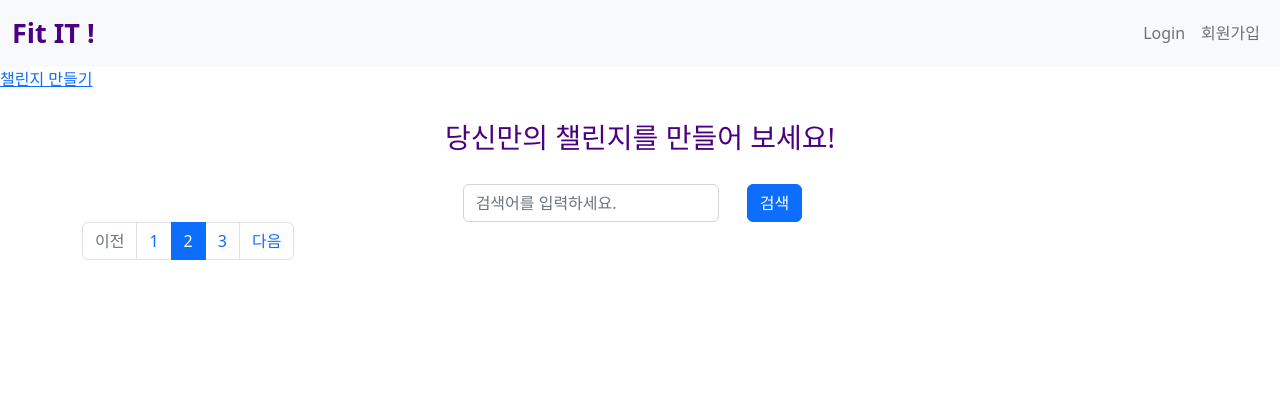
Repository: 4everGirls/Fit-IT-FRONT
Page: /makeChallenge (app in FrontEnd/fit-it/)
An editor plug-in stored every save of this project. The page is shown before and after a run of saves, followed by the edit.
The browser window is 1280 px wide. The pictures show the whole page.
The project was rebuilt for these pictures with package versions that can differ from the ones it lists, and the page was loaded fresh each time. Also part of the build but not shown: FrontEnd/fit-it/vue.config.js, FrontEnd/fit-it/src/views/HomeView.vue, FrontEnd/fit-it/src/components/user/RegistUser.vue, FrontEnd/fit-it/src/components/user/LoginUser.vue.

Above is the page before, as saved 2022-11-20 12:39:32.

### FrontEnd/fit-it/public/index.html
<!DOCTYPE html>
<html lang="">
  <head>
    <meta charset="utf-8" />
    <meta http-equiv="X-UA-Compatible" content="IE=edge" />
    <meta name="viewport" content="width=device-width,initial-scale=1.0" />
    <link rel="icon" href="<%= BASE_URL %>favicon.ico" />
    <link
      href="https://cdn.jsdelivr.net/npm/bootstrap@5.2.2/dist/css/bootstrap.min.css"
      rel="stylesheet"
      integrity="sha384-Zenh87qX5JnK2Jl0vWa8Ck2rdkQ2Bzep5IDxbcnCeuOxjzrPF/et3URy9Bv1WTRi"
      crossorigin="anonymous"
    />
    <script
      src="https://cdn.jsdelivr.net/npm/bootstrap@5.2.2/dist/js/bootstrap.bundle.min.js"
      integrity="sha384-OERcA2EqjJCMA+/3y+gxIOqMEjwtxJY7qPCqsdltbNJuaOe923+mo//f6V8Qbsw3"
      crossorigin="anonymous"
    ></script>
    <title><%= htmlWebpackPlugin.options.title %></title>
  </head>
  <body>
    <noscript>
      <strong
        >We're sorry but <%= htmlWebpackPlugin.options.title %> doesn't work
        properly without JavaScript enabled. Please enable it to
        continue.</strong
      >
    </noscript>
    <div id="app"></div>
    <!-- built files will be auto injected -->
  </body>
</html>

### FrontEnd/fit-it/src/App.vue
<template>
  <div id="app">
    <header-nav/>

    <router-link to="/makeChallenge">챌린지 만들기</router-link>
    <router-view />

  </div>
</template>

<script>
import HeaderNav from "@/components/common/HeaderNav.vue";

export default {
  name: "App",
  components: {
    HeaderNav,
  }
}
</script>

<style>
* {
  margin: 0;
  padding: 0;
  box-sizing: border-box;
  list-style: none;
}

.text-center {
  text-align: center;
}

</style>

### FrontEnd/fit-it/src/router/index.js
import Vue from "vue";
import VueRouter from "vue-router";
import HomeView from "../views/HomeView.vue";
import RegistUser from "@/components/user/RegistUser.vue";
import LoginUser from "@/components/user/LoginUser.vue";
import MakeChallenge from "@/views/MakeChallengeView.vue";

Vue.use(VueRouter);

const routes = [
  {
    path: "/",
    name: "home",
    component: HomeView,
  },
  {
    path: "/login",
    name: "login",
    component: LoginUser,
  },
  {
    path: "/regist",
    name: "regist",
    component: RegistUser,
  },
  {
    path: "/makeChallenge",
    name: "makeChallenge",
    component: MakeChallenge,
  },
];

const router = new VueRouter({
  mode: "history",
  base: process.env.BASE_URL,
  routes,
});

export default router;

### FrontEnd/fit-it/src/store/index.js
import Vue from 'vue'
import Vuex from 'vuex'
import axios from 'axios';
import router from "@/router";
import createPersistedState from "vuex-persistedstate";

Vue.use(Vuex)

const REST_API = `http://localhost:9999`;

export default new Vuex.Store({
  plugins: [createPersistedState()],
  state: {
    loginUser: null,
    videos: [],
    video: null,
  },
  getters: {
  },
  mutations: {
    LOGIN_USER(state, user) {
      state.loginUser = user;
    },
    SEARCH_VIDEO(state, videos) {
      state.videos = videos
    },
  },
  actions: {
    loginUser({ commit }, user) {
      console.log(user);
      const API_URL = `${REST_API}/userApi/login`;
      axios({
        url: API_URL,
        method: "POST",
        data: user,
      })
      .then((res) => {
        if (res.data.message === "success") {
          commit("LOGIN_USER", user);
          sessionStorage.setItem("access-token", res.data["access-token"]);
          router.push({ name: "home" });
        } else {
          alert("로그인에 실패하였습니다.");
        }
      })
      .catch((err) => {
        console.log(err);
      });
    },
    createUser({ commit }, user) {
      const API_URL = `${REST_API}/userApi/signup`;

      axios({
        url: API_URL,
        method: "POST",
        data: user,
      })
      .then((res) => {
        commit;
        res;
        alert("회원 가입이 완료 되었습니다.");
        router.push("/login");
      })
      .catch((err) => {
        console.log(err);
      });
    },
    searchVideo({commit}, keyword) {
      const YOUTUBE_KEY = process.env.VUE_APP_YOUTUBE_API_KEY;
      const API_URL = `https://www.googleapis.com/youtube/v3/search`;
      console.log(keyword);
      axios({
        url: API_URL,
        // method: "GET",
        params: {
          key: YOUTUBE_KEY,
          part: 'snippet',
          q: keyword,
          type: 'video',
          maxResults: 4,
        }
      })
        .then((res) => {
          console.log(res.data.items);
          commit("SEARCH_VIDEO", res.data.items)
        })
        .catch((err) => console.log(err));
    },
  },
  modules: {
  }
})

### FrontEnd/fit-it/src/components/common/HeaderNav.vue
<template>
    <header>
    <!-- 로그인 전 (login, )-->
    <!-- Nav Bar 오른쪽 정렬 -->
    <nav class="navbar navbar-expand-sm bg-light navbar-light">
        <div class="container-fluid">
            <router-link to="/" class="navbar-brand nav-link">Fit IT !</router-link>
            <div class="collapse navbar-collapse justify-content-end" id="collapsibleNavbar">
                <ul class="navbar-nav">
                <li class="nav-item">
                    <router-link to="/login" class="nav-link">Login</router-link>
                </li>
                <li class="nav-item">
                    <router-link to="/regist" class="nav-link">회원가입</router-link>
                </li>
                </ul>
            </div>
        </div>
    </nav>
    </header>
</template>

<script>
export default {
name: "HeaderNav",
};
</script>

<style>
.navbar-brand {
color: indigo;
font-weight: 750;
font-size: 27px;
}
</style>

### FrontEnd/fit-it/src/views/MakeChallengeView.vue
<template>
  <div class="container">
    <!--search-container-->
    <div class="row">
        <search-video></search-video>
        <search-result></search-result>
    </div>
    <!--result form-->
    <div></div>
  </div>
</template>

<script>
import SearchVideo from '@/components/challenge/MakeChallenge/SearchVideo.vue';
import SearchResult from '@/components/challenge/MakeChallenge/SearchResult.vue';

export default {
    name: "MakeChallenge",
    components: {
        SearchVideo,
        SearchResult,
    }
}
</script>

<style>

</style>

### FrontEnd/fit-it/src/components/challenge/MakeChallenge/SearchVideo.vue
<template>
  <div class="container">
    <div class="flex-container">
      <div class="flex-item">
        <h3 class="title">당신만의 챌린지를 만들어 보세요!</h3>
      </div>
      <div class="flex-item">
        <div class="row">
          <div class="col-3"></div>
          <div class="col">
            <form class="d-flex col" role="search">
              <input
                class="form-control me-1"
                type="search"
                placeholder="검색어를 입력하세요."
                aria-label="Search"
                size="60"
                v-on:keydown.enter.prevent="search"
                v-model="keyword"
              />
            </form>
          </div>
          <div class="col">
            <button class="btn btn-primary" type="submit" @click="search">
              검색
            </button>
          </div>
        </div>
      </div>
    </div>
  </div>
</template>

<script>
export default {
  name: "SearchVideo",
  data() {
    return {
      keyword: "",
    };
  },
  methods: {
    search() {
      if (this.keyword !== "") {
        let value = this.keyword && this.keyword.trim();
        this.$store.dispatch("searchVideo", value);
        this.clearInput();
      } else {
        alert("검색어를 입력하세요.");
      }
    },
    clearInput() {
      this.keyword = "";
    },
  },
};
</script>

<style scoped>
.title {
  margin: 30px;
  color: indigo;
  font-weight: 350;
}
.flex-container {
  display: flex;
  justify-content: center;
  align-items: center;
  flex-direction: column;
}
.container {
  margin: 50;
}
</style>

### FrontEnd/fit-it/src/components/challenge/MakeChallenge/SearchResult.vue
<template>
  <div class="result-container">
    <li v-for="video in videos"
          :key="video.videoId"
          :video="video">
    <div class="list-container column">
      <div class="card" style="width: 18rem">
        <img
          class="card-img-top"
          :src="video.snippet.thumbnails.high.url"
          alt="video-img"
        />
        <div class="card-body">
          <p class="card-text">
            {{ video.snippet.title }}
          </p>
          <button>추가</button>
        </div>
      </div>
    </div>
    </li>
    <!--Pagination-->
    <footer>
      <ul class="pagination">
        <li class="page-item disabled">
          <span class="page-link">이전</span>
        </li>
        <li class="page-item"><a class="page-link" href="#">1</a></li>
        <li class="page-item active" aria-current="page">
          <span class="page-link">2</span>
        </li>
        <li class="page-item"><a class="page-link" href="#">3</a></li>
        <li class="page-item">
          <a class="page-link" href="#">다음</a>
        </li>
      </ul>
    </footer>
  </div>
</template>

<script>
import { mapState } from "vuex";
export default {
  name: "SearchResult",
  computed: {
    ...mapState(["videos", "video"]),
  },
};
</script>

<style></style>

Loaded but not shown: FrontEnd/fit-it/src/main.js (common file)

After the next 3 saves:
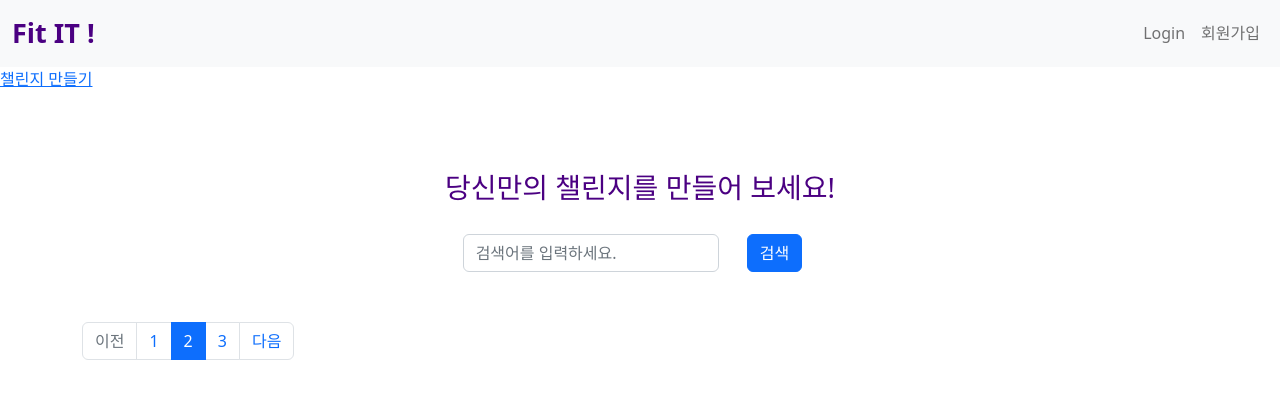
The 3 saves are shown as one change because they came seconds apart.
The last was saved 10 s later.
--- a/FrontEnd/fit-it/src/components/challenge/MakeChallenge/SearchVideo.vue
+++ b/FrontEnd/fit-it/src/components/challenge/MakeChallenge/SearchVideo.vue
@@ -69,6 +69,6 @@ export default {
   flex-direction: column;
 }
 .container {
-  margin: 50;
+  padding: 50px;
 }
 </style>
